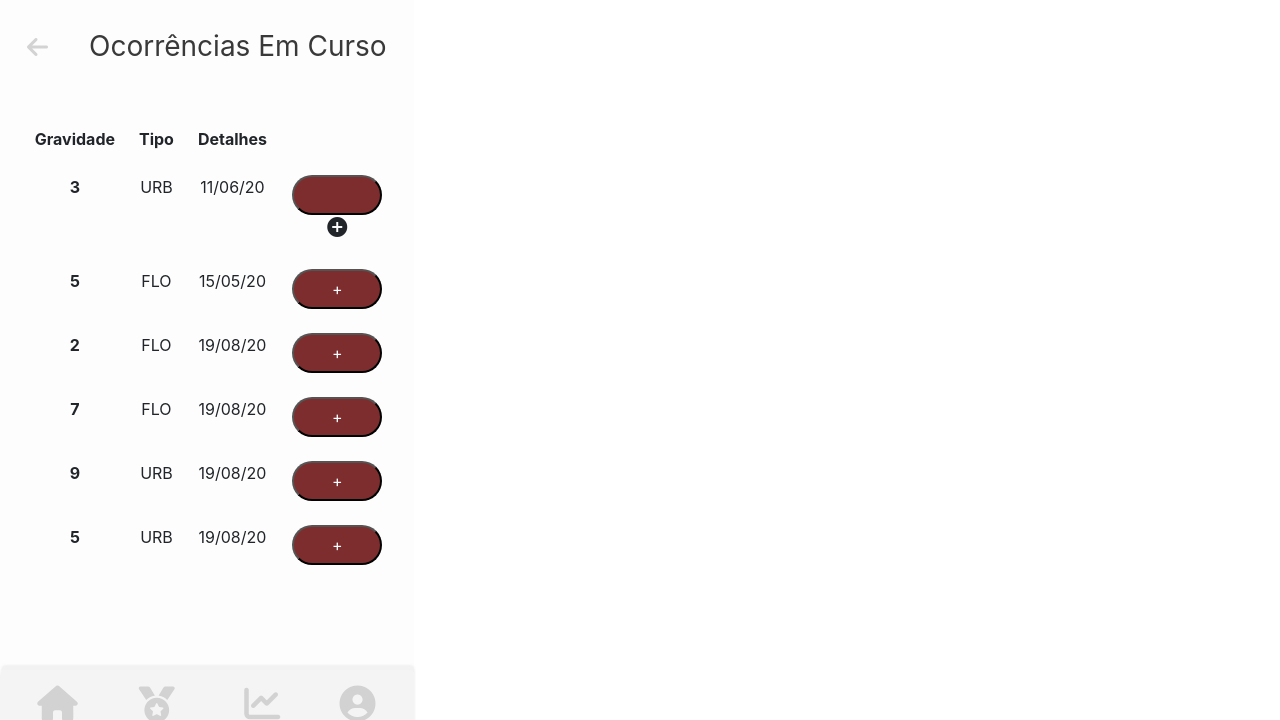
Repository: grupodetrabalhoeficiente/D213
Page: D213/Frontend/OcorrenciasEmCurso.html
The author's editor kept a record of every edit. The page is drawn from the files as they stood at one moment, then again after the next edit.
The browser window is 1280 px wide. The pictures show the whole page.
The page's requests for data from a server got no answer. Some web libraries are served in a nearby version.

Above is the page before.

### D213/Frontend/OcorrenciasEmCurso.html
<!DOCTYPE html>
<html>

<head>
    <meta name="viewport" content="width=device-width, initial-scale=1, maximum-scale=1, user-scalable=no">
    <meta charset="utf-8">
    <link href="https://fonts.googleapis.com/css?family=Inter&display=swap" rel="stylesheet" />
    <link href="https://fonts.googleapis.com/css?family=PT+Sans&display=swap" rel="stylesheet" />
    <link href="https://fonts.googleapis.com/icon?family=Material+Icons" rel="stylesheet">
    <link href="All.css" rel="stylesheet" />
    <script src="https://kit.fontawesome.com/e195162fd2.js" crossorigin="anonymous"></script>
    <link rel="stylesheet" href="https://stackpath.bootstrapcdn.com/bootstrap/4.5.2/css/bootstrap.min.css" integrity="sha384-JcKb8q3iqJ61gNV9KGb8thSsNjpSL0n8PARn9HuZOnIxN0hoP+VmmDGMN5t9UJ0Z" crossorigin="anonymous">
    <title>Secure4All</title>
</head>

<body>
<div class="screen">
    <!--navbar-->
        <a><i id="goBack"class="goBack fas fa-arrow-left fa-2x"></i></a>
        <span class="titleHistoricoOcorrencias">Ocorrências Em Curso</span>
    <!--tabela-->
    <div class="historicoOcorrenciasDiv">
<table id="table"class="table table-hover table-borderless">
  <thead>
    <tr>
      <th scope="col">Gravidade</th>
      <th scope="col">Tipo</th>
      <th scope="col">Detalhes</th>
    </tr>
  </thead>
  <tbody>
    <tr>
      <th scope="row">3</th>
      <td>URB</td>
      <td>11/06/20</td>
      <td>
          <input type="button" class="VerMais" value="">
          <span class="material-icons">
                add_circle
           </span>
          </input>
      </td>
    </tr>
    <tr>
      <th scope="row">5</th>
      <td>FLO</td>
      <td>15/05/20</td>
      <td>
        <input type="button" class="VerMais" value="+" />
      </td>

    </tr>
    <tr>
      <th scope="row">2</th>
      <td>FLO</td>
      <td>19/08/20</td>
      <td>
           <input type="button" class="VerMais" value="+"/>
      </td>
    </tr>
    <tr>
      <th scope="row">7</th>
      <td>FLO</td>
      <td>19/08/20</td>
      <td>
           <input type="button" class="VerMais" value="+"/>
      </td>
    </tr>
    <tr>
      <th scope="row">9</th>
      <td>URB</td>
      <td>19/08/20</td>
      <td>
           <input type="button" class="VerMais" value="+"/>
      </td>
    </tr>
    <tr>
      <th scope="row">5</th>
      <td>URB</td>
      <td>19/08/20</td>
      <td>
           <input type="button" class="VerMais" value="+"/>
      </td>
    </tr>
  </tbody>
</table>
</div>
<!--menubar-->
  <nav class="menubar fixed-bottom">
    <ul class="nav navbar-nav">
      <li><a href="MenuPrincipal.html"><i class="fa fa-home fa-3x"></i></a></li>
      <li><a href="RanksUpdate.html"><i class="fa fa-medal fa-3x"></i></a></li>
      <li><a href="HistoricoOcorrencias.html"><i class="fa fa-chart-line fa-3x"></i></a></li>
      <li><a href="PerfilUpdate.html"><i class="fas fa-user-circle fa-3x"></i></a></li>
    </ul>
  </nav>
</div>
<script type="text/javascript" src="OcorrenciasEmCurso.js"></script>
<script src="https://code.jquery.com/jquery-3.5.1.slim.min.js" integrity="sha384-DfXdz2htPH0lsSSs5nCTpuj/zy4C+OGpamoFVy38MVBnE+IbbVYUew+OrCXaRkfj" crossorigin="anonymous"></script>
    <script src="https://cdn.jsdelivr.net/npm/bootstrap@4.5.3/dist/js/bootstrap.bundle.min.js" integrity="sha384-ho+j7jyWK8fNQe+A12Hb8AhRq26LrZ/JpcUGGOn+Y7RsweNrtN/tE3MoK7ZeZDyx" crossorigin="anonymous"></script>
    <script type="text/javascript" src="./fetch/occurrence_data.controller.js"></script>
</body>

</html>

### D213/Frontend/fetch/occurrence_data.controller.js
let goBack = document.getElementById("goBack");
goBack.addEventListener("click", goBackFunction)


function goBackFunction() {
    if (localStorage.getItem('operationalSelected') == undefined) {
        window.location.replace('HistoricoOcorrencias.html')
    }
    else {
        window.location.replace('PerfilOcorrencias.html')
    }
}

function fillTeam() {
    fetch('https://bdc5dcf6bca04b39ab10a706cdb79f29.vfs.cloud9.us-east-1.amazonaws.com/occurrences/' + localStorage.id_occurrence + '/evaluations/')
        .then(res => res.json())
        .then((out) => {
            let screen = document.getElementById("divTeam");
            let txt = "";
            let count = 0;
            $.each(out, function(index, value) {
                if (value.statute === "chefe") {
                    document.getElementById('tipo').innerHTML = " " + value.occurrence_type;
                    document.getElementById('local').innerHTML = " " + value.local;
                    if (value.cost == null) {
                        document.getElementById('cost').innerHTML = " Sem informação.";
                    }
                    else {
                        document.getElementById('cost').innerHTML = " " + value.cost;
                    }
                    document.getElementById('departure').innerHTML = " " + value.departure.slice(11, 19);;
                    document.getElementById('arrival').innerHTML = " " + value.arrival.slice(11, 19);
                    txt += '<div class="accordion" id="accordionSection' + count + '">  <div class="accordion-item mb-3"> <h2><button type="button" class="accordion-button collapsed" data-bs-toggle="collapse" data-bs-target="#collapse' + count + '"><img src="'+ value.avatar+'" width="20px" height="20px"/>' + value.name + "- " + '<strong>' + " " + ' Responsável</strong></button></h2>';
                    txt += '<div class="accordion-collapse collapse" id="collapse' + count + '" data-bs-parent="#accordionSection' + count + '">';
                    txt += '<div class="accordion-body"> <strong>ID:</strong>#' + value.id_operational + '<br> <strong>Especialidade:</strong>' + value.speciality + '<br>';
                    txt += '<strong>Contacto:</strong>' + value.phone_number + '<br>';
                    txt += '<strong>Pontuação:</strong>' + value.points + '<br> </div>  </div>  </div> </div>'
                    count++;
                }
                else {
                    document.getElementById('tipo').innerHTML = " " + value.occurrence_type;
                    document.getElementById('local').innerHTML = " " + value.local;
                    if (value.cost == null) {
                        document.getElementById('cost').innerHTML = " Sem informação.";
                    }
                    else {
                        document.getElementById('cost').innerHTML = " " + value.cost;
                    }
                    document.getElementById('departure').innerHTML = " " + value.departure.slice(11, 19);;
                    document.getElementById('arrival').innerHTML = " " + value.arrival.slice(11, 19);;
                    txt += '<div class="accordion" id="accordionSection' + count + '">  <div class="accordion-item mb-3"> <h2><button type="button" class="accordion-button collapsed" data-bs-toggle="collapse" data-bs-target="#collapse' + count + '">' + value.avatar + value.name + '</button></h2>';
                    txt += '<div class="accordion-collapse collapse" id="collapse' + count + '" data-bs-parent="#accordionSection' + count + '">';
                    txt += '<div class="accordion-body"> <strong>ID:</strong>#' + value.id_operational + '<br> <strong>Especialidade:</strong>' + value.speciality + '<br>';
                    txt += '<strong>Tipo de Operacional:</strong>' + value.operational_type + '<br>';
                    txt += '<strong>Pontuação:</strong>' + value.points + '<br> </div>  </div>  </div> </div>'
                    count++;
                }
            });
            screen.innerHTML += txt;
        }).catch(err => console.error(err));
}

$(document).ready(function() {
    fillTeam();
})

Loaded but not shown: D213/Frontend/All.css (library); D213/Frontend/OcorrenciasEmCurso.js (no stored copy; drawn as an empty file)

After the next edit:
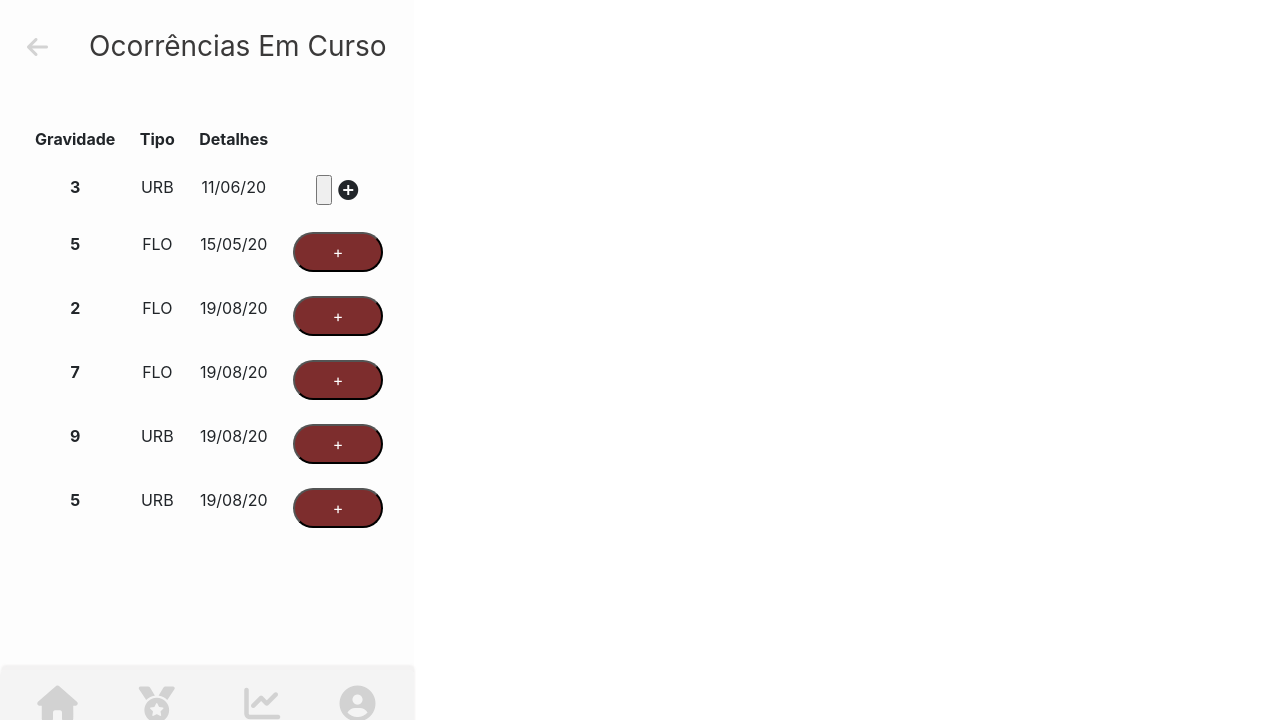
The edit:
--- a/D213/Frontend/OcorrenciasEmCurso.html
+++ b/D213/Frontend/OcorrenciasEmCurso.html
@@ -34,7 +34,7 @@
       <td>URB</td>
       <td>11/06/20</td>
       <td>
-          <input type="button" class="VerMais" value="">
+          <input type="button" class="material-icons" add_circle>
           <span class="material-icons">
                 add_circle
            </span>
